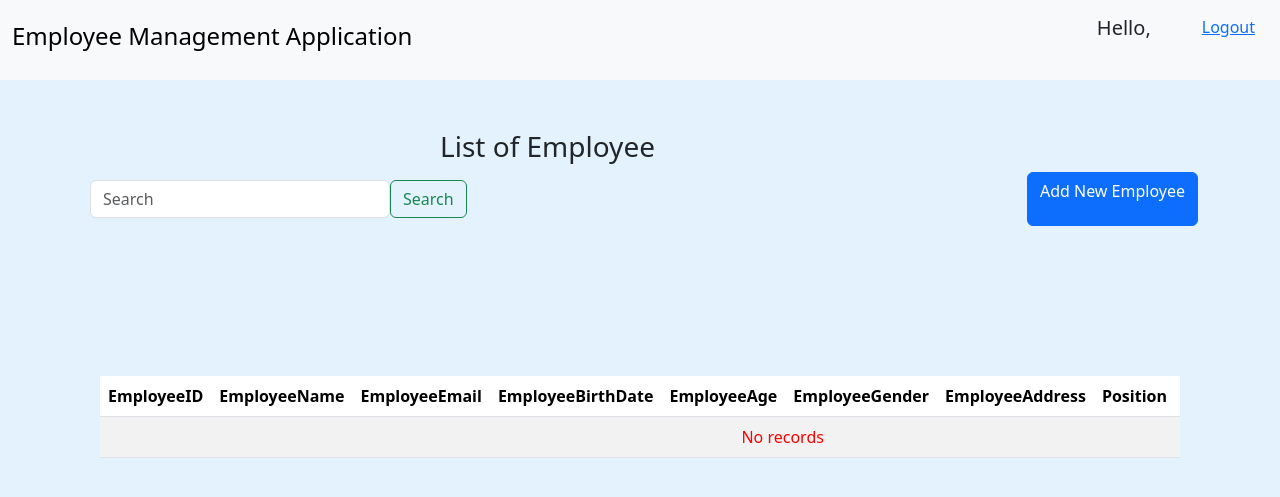
Repository: tranhuuan1703/BaiTapServlet
Page: http://localhost/bai_tap_jsp_servlet/views/Home.jsp
These files come from the project's save history. The page is drawn as it stood at one moment and after the next save; the edit follows.
The browser window is 1280 px wide. The pictures show the whole page.
The page is served by Tomcat 9. Other server files are loaded and not shown. The template is opened directly, without the code that normally fills it, so the values that code supplies are empty.

Above is the page before, as saved 2024-08-14 06:36:10.

### bai_tap_jsp_servlet/bai_tap_jsp_servlet/src/main/webapp/views/Home.jsp
 <%@ page language="java" contentType="text/html; charset=UTF-8"
	pageEncoding="UTF-8"%>
<%@ taglib prefix="c" uri="http://java.sun.com/jsp/jstl/core"%>
<%@ taglib prefix="fn" uri = "http://java.sun.com/jsp/jstl/functions"%>
<%@ taglib uri="http://java.sun.com/jsp/jstl/fmt" prefix="fmt"%>
<!DOCTYPE html>
<html>
<head>
<meta charset="UTF-8">
<title>Insert title here</title>
<link href="https://cdn.jsdelivr.net/npm/bootstrap@5.3.3/dist/css/bootstrap.min.css"
		rel="stylesheet"
		integrity="sha384-QWTKZyjpPEjISv5WaRU9OFeRpok6YctnYmDr5pNlyT2bRjXh0JMhjY6hW+ALEwIH"
		crossorigin="anonymous">
<link href="<c:url value="/css/base.css"/>" rel="stylesheet" type="text/css" />
<script src="https://cdn.jsdelivr.net/npm/bootstrap@5.3.3/dist/js/bootstrap.bundle.min.js"
		integrity="sha384-YvpcrYf0tY3lHB60NNkmXc5s9fDVZLESaAA55NDzOxhy9GkcIdslK1eN7N6jIeHz"
		crossorigin="anonymous"></script>
<script src="https://ajax.googleapis.com/ajax/libs/jquery/1.12.0/jquery.min.js"></script>


</head>



<body style="background-color: #e3f2fd;">



	<!-- -------------------------------------------------------------------------------DIV NAV -------------------------------- -->
	<!--

		<nav class="navbar navbar-expand-lg bg-light">
      <div class="container-fluid">
         <div class="collapse navbar-collapse" id="navbarSupportedContent">
            <ul class="navbar-nav me-auto mb-2 mb-lg-0">
               <a class="navbar-brand" href="home?page=1">
                  <h4>Employee Management Application</h4>
               </a>
            </ul>
            <ul class="d-flex" role="search">
               <h5 class="p-2 bg-light text-center">Hello, ${nameAdmin}</h5>

               <a href="logout" class="btn btn-link" style="margin-left:30px;">Logout</a>
            </ul>
         </div>
      </div>
   </nav>

	 -->
   <jsp:include page="header.jsp"></jsp:include>
   <div class="mx-auto" style="width: 400px; margin-top: 50px;">
      <h3>List of Employee</h3>
   </div>

   <!------------------------------------- Hien thi table ---------------------------------------------------->

   <!-- cũ -->
   <div class="container d-flex">
      <div class="p-2 flex-grow-1">
         <form action="home" class="d-flex" role="search">
            <input class="form-control" style="width:300px;" type="search" placeholder="Search" aria-label="Search" name="search" value="${search}">
            <button class="btn btn-outline-success" type="submit">Search</button>
         </form>
      </div>
      <div class="d-flex justify-content-end">

         <a class="btn btn-primary" href="employee" role="button">Add New Employee</a>
      </div>
   </div>
   <div  style="margin: 150px 100px 0 100px;" >
   		<div class="table-responsive">
   			<table class="table align-middle table-edge table-hover table-nowrap mb-0 table-striped">
         <thead class="thead-light">
            <tr>
               <th scope="col" class="w-60px">EmployeeID</th>
               <th scope="col">EmployeeName</th>
               <th scope="col">EmployeeEmail</th>
               <th scope="col">EmployeeBirthDate</th>
               <th scope="col">EmployeeAge</th>
               <th scope="col">EmployeeGender</th>
               <th scope="col">EmployeeAddress</th>
               <th scope="col">Position</th>
               <th scope="col">DateOfJoinigTheCompany</th>
               <th scope="col" >Action</th>
            </tr>
         </thead>
         <tbody>
         	<c:if test="${fn:length(employeeList) > 0}">
         		<c:forEach items="${employeeList}" var="o">
		            <tr>
		               <th scope="row"><button  class="employeeId btn btn-link" style="border:none;" onclick="findById('${o.employeeId}')">${o.employeeId}</button></th>
		               <td id="name">${o.employeeName}</td>
		               <td>${o.employeeEmail}</td>
		               <td style="text-align:center;">${o.employeeBirthDate}</td>
		               <td style="text-align:center;">${o.employeeAge}</td>
		               <td>${o.employeeGender}</td>
		               <td>${o.employeeAddress}</td>
		               <td>${o.position.getPosition()}</td>
		               <td style="text-align:center;">${o.dateOfJoiningTheCompany}</td>
		               <td style="text-align:center;">
		               		<div class="d-flex flex-row h-full">

		                  		<a href="EditEmployee?id=${o.employeeId}" style="margin-left:10px,">edit</a>
		                  		<button type="button"  class="btn btn-link" style="margin-top: -8px;" onclick="deleteMessage(`${o.employeeId}`, `${o.employeeName}`)">delete</button>
		               		</div>

		               </td>
		            </tr>
	            </c:forEach>
         	</c:if>
         	<c:if test="${fn:length(employeeList) == 0}">
         		<tr>
		            <td colspan="10" style="text-align: center; color: red;'">No records</td>
		        </tr>
         	</c:if>

         </tbody>
      </table>
   		</div>







    <!------------------------------------- Tao pop-up ---------------------------------------------------->

	<div id="myPopup" class="popup">
	    <div class="popup-content">
	        <span class="close-btn" id="closePopup">&times;</span>


	        <table class="table">
              	<tr>
              		<h3>Employee Information</h3>
              	</tr>
               <tr>
                  <td><label for="nameEmployee" class="form-label">EmployeeName</label></td>
                  <td>
                     <input type="text" class="form-control" id="nameEmployee" aria-describedby="emailHelp" name="nameEmployee" required="required" pattern="[a-zA-Z\s]+" disabled>
                  </td>
               </tr>
               <tr>
                  <td><label for="birthDayEmployee" class="form-label">EmployeeBirthDate</label></td>
                  <td>
                     <input type="date" class="form-control" id="birthDayEmployee" name="birthDayEmployee" required="required" disabled>
                  </td>
               </tr>
               <tr>
                  <td><label for="emailEmployee" class="form-label">Email address</label></td>
                  <td>
                     <input type="email" class="form-control" id="emailEmployee" aria-describedby="emailHelp" name="emailEmployee" required="required" disabled>
                     <div id="emailHelp" class="form-text">We'll never share your email with anyone else.</div>
                  </td>
               </tr>
               <tr>
                  <td><label for="ageEmployee" class="form-label">EmployeeAge</label></td>
                  <td>
                     <input type="number" class="form-control" id="ageEmployee" aria-describedby="emailHelp" value="0" name="ageEmployee" disabled>
                  </td>
               </tr>
               <tr>
                  <td><label for="inlineRadio1" class="form-label">EmployeeGender</label></td>
                  <td>
                     <div class="form-check form-check-inline">
                        <input class="form-check-input" type="radio" name="inlineRadioOptions" id="inlineRadio1" value="male" disabled >
                        <label class="form-check-label" for="inlineRadio1">Male</label>
                     </div>
                     <div class="form-check form-check-inline">
                        <input class="form-check-input" type="radio" name="inlineRadioOptions" id="inlineRadio2" value="female" disabled>
                        <label class="form-check-label" for="inlineRadio2">Female</label>
                     </div>
                     <div class="form-check form-check-inline">
                        <input class="form-check-input" type="radio" name="inlineRadioOptions" id="inlineRadio3" value="orther" disabled>
                        <label class="form-check-label" for="inlineRadio3">Orther</label>
                     </div>
                  </td>
               </tr>
               <tr>
                  <td><label for="addressEmployee" class="form-label">EmployeeAddress</label></td>
                  <td>
                     <textarea  class="form-control" id="addressEmployee" aria-describedby="emailHelp" name="addressEmployee" disabled></textarea>
                  </td>
               </tr>
               <tr>
                  <td><label for="exampleInputEmail1" class="form-label">Position</label></td>
                  <td>
                     <select class="form-control" id="selection" name="position" disabled>
                        <option value="employee">Employee</option>
                        <option value="boss">Boss</option>
                     </select>
                  </td>
               </tr>
               <tr>
                  <td><label for="dateJoiningBirthday" class="form-label">DateOfJoiningTheCompany</label></td>
                  <td>
                     <input type="date" class="form-control" id="dateJoiningCompany" name="dateJoiningBirthday" required="required" max="" disabled>
                  </td>
               </tr>
            </table>
	    </div>
	</div>


   <!-- tao phan trang -->
   <div class="container d-flex">
      <div class="p-2 flex-grow-1">
      	<c:if test="${countEmployee == 0}">
      		<p>Showing 0 - 0 of result 0</p>
      	</c:if>
         <c:if test="${countEmployee >= 1}">
      		<p>Showing 1 - ${fn:length(employeeList)} of result ${countEmployee}</p>
      	</c:if>
      </div>
      <div class="d-flex justify-content-end">
         <nav aria-label="Page navigation example">
            <ul class="pagination">
            	<c:if test="${countEmployee >= 1}">
            		<li class="page-item"><a class="page-link" href="">Previous</a></li>
	               <c:forEach begin="1" end="${countEmployee /10 + 1}" var="i">
		               <li class="page-item"><a class="page-link" href="home?page=${i}&search=${search}">${i}</a></li>

	               </c:forEach>
	               <li class="page-item"><a class="page-link" href="#">Next</a></li>
            	</c:if>

            </ul>
         </nav>
      </div>
   </div>

</body>



<script>



	//Khi nhấn nút "Show Popup"
	function findById(param){
		$.ajax({
			url: "findByIdController",
			type: 'GET',
			contentType: 'application/json',
			data: {
				employyId: param
			},
			success: function(result) {

				result = JSON.parse(result);
				console.log(result);

				document.getElementById("nameEmployee").setAttribute('value', result.employeeName);
				document.getElementById("birthDayEmployee").setAttribute('value', result.employeBirthDay);
				document.getElementById("emailEmployee").setAttribute('value', result.emailEmployee);
				document.getElementById("ageEmployee").setAttribute('value', result.employeeAge);
				document.getElementById("addressEmployee").value = result.employeeAddress;
				document.getElementById("dateJoiningCompany").setAttribute('value', result.employeeDateOfJoiningTheCompany);



				document.getElementById("selection").value = result.position;



				var gender = result.employeeGender;
				var radios = document.getElementsByName("inlineRadioOptions");
				for (let i = 0; i <= radios.length; i++){
					if (radios[i].value == gender){
						radios[i].checked = true;
					}
				}

			},
			error: function() {
				alert("Lỗi không lấy được dữ liệu")
			}
		});
		$("#myPopup").show();

	}






	// Khi nhấn nút đóng
	$('#closePopup').on('click', function() {
	    $('#myPopup').hide(); // Ẩn popup
	});

	// Khi nhấn ra ngoài vùng nội dung của popup
	$(window).on('click', function(event) {
	    if ($(event.target).is('#myPopup')) {
	        $('#myPopup').hide(); // Ẩn popup
	    }
	});

	function deleteMessage(id, name){
		let text = "bạn co muon xoa " + name;
		let message = confirm(text);

		if (message){
			window.location.href = "DeleteEmployee?id=" + id;
		}

	}

	/*function formatDate(dateString) {
        let parts = dateString.split("-");
        return `${parts[1]}-${parts[2]}-${parts[0]}`;
    }*/




	let tdElements = document.querySelectorAll("td");

	tdElements.forEach(function(td){
		const months = ["01","02","03","04","05","06","07","08","09","10","11","12"];

	    if (/^\d{4}-\d{2}-\d{2}$/.test(td.textContent)) {
	            var d = new Date(td.textContent);

	            var date = (Number(d.getDate()) < 10) ? '0'+d.getDate() : d.getDate();
	            let month = months[d.getMonth()];
	            //var month = String(Number(month) + 1;
	            td.textContent = month  + "/" + date + "/" + d.getFullYear();
	        }
	})



</script>
</html>

### bai_tap_jsp_servlet/bai_tap_jsp_servlet/src/main/webapp/views/header.jsp
<%@ page language="java" contentType="text/html; charset=UTF-8"
    pageEncoding="UTF-8"%>
<%@ taglib prefix="c" uri="http://java.sun.com/jsp/jstl/core"%>
<%@ taglib prefix="fn" uri = "http://java.sun.com/jsp/jstl/functions"%>
<%@ taglib uri="http://java.sun.com/jsp/jstl/fmt" prefix="fmt"%>
<!DOCTYPE html>
<html>
<head>
<meta charset="UTF-8">
<title>Insert title here</title>
<link href="https://cdn.jsdelivr.net/npm/bootstrap@5.3.3/dist/css/bootstrap.min.css"
		rel="stylesheet"
		integrity="sha384-QWTKZyjpPEjISv5WaRU9OFeRpok6YctnYmDr5pNlyT2bRjXh0JMhjY6hW+ALEwIH"
		crossorigin="anonymous">
<script src="https://cdn.jsdelivr.net/npm/bootstrap@5.3.3/dist/js/bootstrap.bundle.min.js"
		integrity="sha384-YvpcrYf0tY3lHB60NNkmXc5s9fDVZLESaAA55NDzOxhy9GkcIdslK1eN7N6jIeHz"
		crossorigin="anonymous"></script>
<script src="https://ajax.googleapis.com/ajax/libs/jquery/1.12.0/jquery.min.js"></script>
<link href="<c:url value="/css/base.css"/>" rel="stylesheet"
	type="text/css" />
</head>
<body>

	<!-- -------------------------------------------------------------------------------DIV NAV -------------------------------- -->
   <nav class="navbar navbar-expand-lg bg-light">
      <div class="container-fluid">
         <div class="collapse navbar-collapse" id="navbarSupportedContent">
            <ul class="navbar-nav me-auto mb-2 mb-lg-0">
               <a class="navbar-brand" href="home?page=1">
                  <h4>Employee Management Application</h4>
               </a>
            </ul>
            <ul class="d-flex" role="search">
               <h5 class="p-2 bg-light text-center">Hello, ${nameAdmin}</h5>
               <!--  class="p-2 bg-light text-center" -->
               <a href="logout" class="btn btn-link" style="margin-left:30px;">Logout</a>
            </ul>
         </div>
      </div>
   </nav>


</body>
</html>

### bai_tap_jsp_servlet/bai_tap_jsp_servlet/src/main/webapp/css/base.css
@charset "UTF-8";



	/* styles.css */

/* Phong cách cơ bản của popup */
.popup {
    display: none; /* Ẩn popup mặc định */
    position: fixed;
    z-index: 1;
    left: 0;
    top: 0;
    width: 100%;
    height: 100%;
    overflow: auto;
    background-color: rgba(0, 0, 0, 0.5); /* Màu nền mờ */
}

/* Nội dung của popup */
.popup-content {
    background-color: white;
    margin: 15% auto; /* Căn giữa */
    padding: 20px;
    border: 1px solid #888;
    width: 80%;
    max-width: 700px; /* Giới hạn chiều rộng */
}

/* Nút đóng popup */
.close-btn {
    color: #aaa;
    float: right;
    font-size: 28px;
    font-weight: bold;
}

.close-btn:hover,
.close-btn:focus {
    color: black;
    text-decoration: none;
    cursor: pointer;
}


.intro {
  height: 100%;
}

table td,
table th {
  text-overflow: ellipsis;
  white-space: nowrap;
  overflow: hidden;
}

thead th {
  color: #fff;
}

.card {
  border-radius: .5rem;
}

.table-scroll {
  border-radius: .5rem;
}

.table-scroll table thead th {
  font-size: 1.25rem;
}
thead {
  top: 0;
  position: sticky;
}

After the next save:
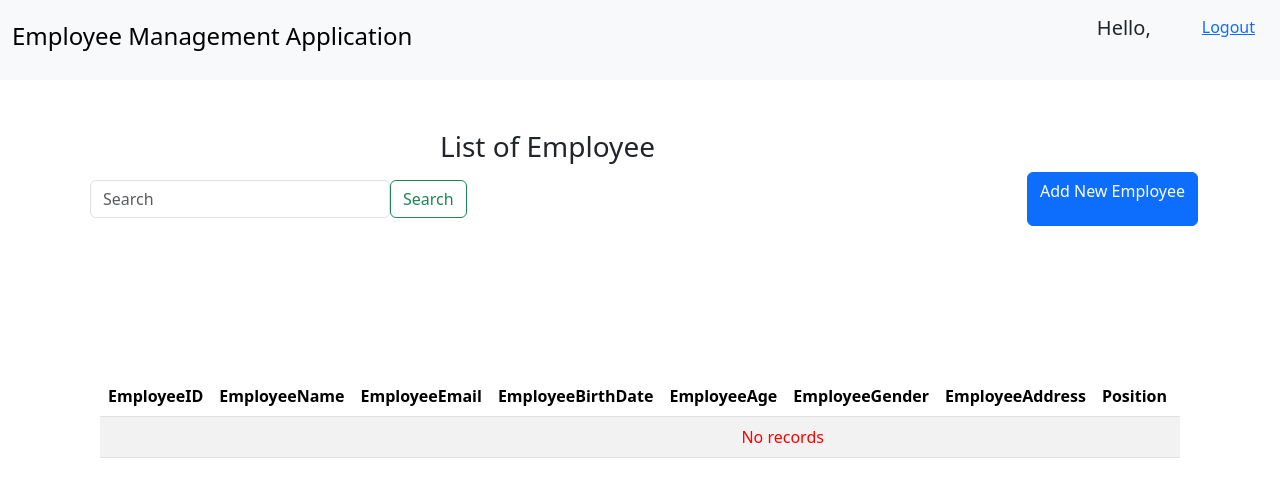
Saved 2 min 10 s later.
--- a/bai_tap_jsp_servlet/bai_tap_jsp_servlet/src/main/webapp/views/Home.jsp
+++ b/bai_tap_jsp_servlet/bai_tap_jsp_servlet/src/main/webapp/views/Home.jsp
@@ -23,7 +23,7 @@
 
 
 
-<body style="background-color: #e3f2fd;">
+<body>
 
 
 

After the save that followed:
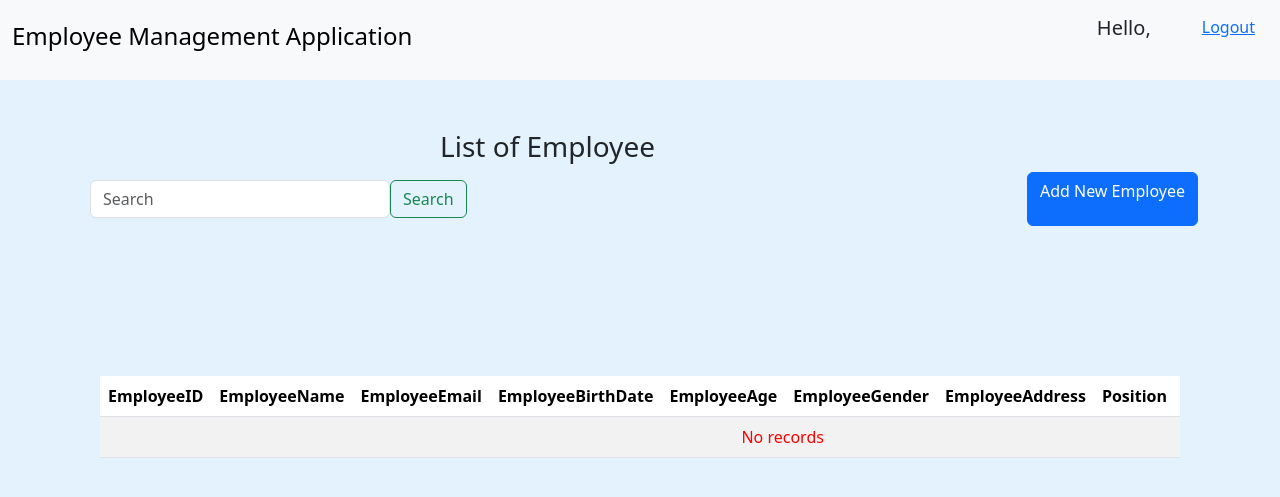
Saved 4 s later.
--- a/bai_tap_jsp_servlet/bai_tap_jsp_servlet/src/main/webapp/css/base.css
+++ b/bai_tap_jsp_servlet/bai_tap_jsp_servlet/src/main/webapp/css/base.css
@@ -3,6 +3,10 @@
 
 
 	/* styles.css */
+
+body{
+	background-color: #e3f2fd;
+}
 
 /* Phong cách cơ bản của popup */
 .popup {
